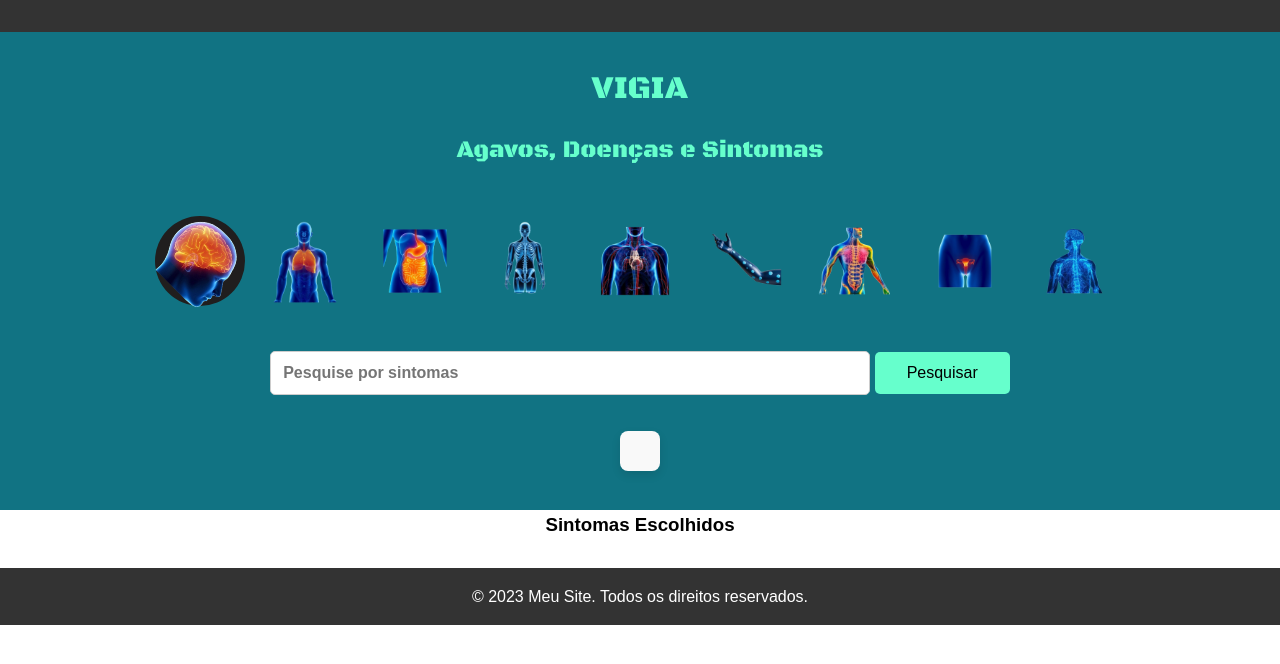
Repository: br-on/vigia
Page: index.html
An editor plug-in stored every save of this project. The page is shown before and after the next save, followed by the edit.
The browser window is 1280 px wide. The pictures show the whole page.
The pointer rests on the first visible `.grupo-sintoma img`.
Some web fonts or font styles are not loaded; a fallback is used.

Above is the page before, as saved 2024-09-15 16:33:50.

### index.html
<!DOCTYPE html>
<html lang="pt-br">
<head>
  <meta charset="UTF-8">
  <meta name="viewport" content="width=device-width, initial-scale=1.0">
  <title>IA VIGILÂNCIA</title>
  <link rel="stylesheet" href="assets/style/style.css">
</head>
<body>
  <nav>
  </nav>
  <header class="search">
    <h1 class="black-ops-one-regular">VIGIA</h1>
    <h2 class="black-ops-one-regular">Agavos, Doenças e Sintomas</h2>
    <div class="grupos-sintomas">
      <div class="grupo-sintoma"><img src="/assets/img/grupos/neurologico.png" alt=""></div>
      <div class="grupo-sintoma"><img src="assets/img/grupos/respiratorio.png" alt=""></div>
      <div class="grupo-sintoma"><img src="assets/img/grupos/digestivo.png" alt=""></div>
      <div class="grupo-sintoma"><img src="assets/img/grupos/musculoesqueletico.png" alt=""></div>
      <div class="grupo-sintoma"><img src="assets/img/grupos/cardiaco.png" alt=""></div>
      <div class="grupo-sintoma"><img src="assets/img/grupos/dermatologico.png" alt=""></div>
      <div class="grupo-sintoma"><img src="assets/img/grupos/infecciosofebril.png" alt=""></div>
      <div class="grupo-sintoma"><img src="assets/img/grupos/ginecologicocongentia.png" alt=""></div>
      <div class="grupo-sintoma"><img src="assets/img/grupos/gerais.png" alt=""></div>
    </div><br>
    <input type="text" placeholder="Pesquise por sintomas" class="electrolize-regular" id="campo-pesquisa">
    <button onclick="pesquisar()">Pesquisar</button>
    <br>
    <div id="resultados-pesquisa" class="resultado-pesquisa-sintomas"></div>
  </header>
  <main>
    <center><h3>Sintomas Escolhidos</h3></center>
    <div id="sintomas-escolhidos">

      <!-- Sintomas escolhidos serão exibidos aqui -->
    </div>
    <div id="resultados-doencas">
      <!-- Resultados das doenças serão exibidos aqui -->
    </div>
  </main>
  <footer>
    <p>&copy; 2023 Meu Site. Todos os direitos reservados.</p>
  </footer>

  <script src="assets/script/sintomas.js"></script>
  <script src="assets/script/data.js"></script>
  <script src="assets/script/app.js"></script>
</body>
</html>

### assets/style/style.css
/* style.css */
@import url('https://fonts.googleapis.com/css2?family=Black+Ops+One&display=swap');
@import url('https://fonts.googleapis.com/css2?family=Electrolize&display=swap');

.black-ops-one-regular {
  font-family: "Black Ops One", system-ui;
  font-weight: 400;
  font-style: normal;
}

.electrolize-regular {
  font-family: "Electrolize", sans-serif;
  font-weight: 600;
  font-style: normal;
}

/* Estilos globais */
* {
    margin: 0;
    padding: 0;
    box-sizing: border-box;
}

html, body {
    height: 100%;
    margin: 0;
}

body {
    font-family: Arial, sans-serif;
    line-height: 1.6;
    margin: 0;
    padding: 0;

}

header, nav, footer {
    background-color: #333;
    color: #fff;
    text-align: center;
    padding: 1rem;
}

main {
    flex: 1;
}

h1, h2 {
    color: #66ffcc;
    margin-bottom: 1rem;
}

/* Estilo para o formulário de pesquisa */
.search {
    text-align: center;
    padding: 2rem 1rem;
    background-color: #117383;
}

.search input[type="text"] {
    margin-top: 15px;
    width: 600px;
    padding: 0.75rem;
    margin-bottom: 1rem;
    border: 1px solid #ccc;
    border-radius: 5px;
    font-size: 1rem;
}

.search button {
    padding: 0.75rem 2rem;
    background-color: #66ffcc;
    color: #000;
    border: none;
    border-radius: 5px;
    cursor: pointer;
    font-size: 1rem;
}

.search button:hover {
    background-color: #29a67c;
    color: rgb(255, 255, 255);
}

/* Estilo para resultados */
.results {
    padding: 2rem;
    background-color: #fff;
    text-align: center;
}

/* Estilo do rodapé */

footer {
    background-color: #333;
    color: white;
    padding: 1rem;
    text-align: center;
    position: relative;
    bottom: 0;
    width: 100%;
}

/* Media Queries para telas menores */
@media (max-width: 768px) {
    .search input[type="text"] {
        width: 100%;
    }

    .search button {
        width: 100%;
        margin-top: 1rem;
    }
}

@media (max-width: 480px) {
    h1 {
        font-size: 2rem;
    }

    h2 {
        font-size: 1.5rem;
    }

    footer {
        font-size: 0.9rem;
    }
}

/* Container principal dos resultados */
#resultados-pesquisa {

    max-height: 80vh; /* Limita a altura para que os resultados não ocupem a tela inteira */
    overflow-y: auto; /* Ativa a barra de rolagem vertical */
    padding: 20px;
    margin-top: 20px;
    border-radius: 8px;
    box-shadow: 0px 4px 10px rgba(0, 0, 0, 0.1); /* Sombra suave */
    background-color: #f9f9f9; /* Fundo claro */
}

/* Estilo dos itens de resultado */
.item-resultado {
    border: 1px solid #e0e0e0; /* Borda leve ao redor do item */
    border-radius: 8px; /* Bordas arredondadas */
    padding: 20px; /* Espaçamento interno */
    margin-bottom: 20px; /* Espaçamento entre os itens */
    background-color: #fff; /* Fundo branco para o item */
    box-shadow: 0px 4px 8px rgba(0, 0, 0, 0.05); /* Sombra leve */
    transition: transform 0.3s ease, box-shadow 0.3s ease; /* Transição suave */
}

/* Efeito hover nos itens */
.item-resultado:hover {
    transform: translateY(-5px); /* Eleva o item ao passar o mouse */
    box-shadow: 0px 6px 12px rgba(0, 0, 0, 0.15); /* Aumenta a sombra ao passar o mouse */
}

/* Título do item */
.item-resultado h2 {
    font-size: 1.8rem;
    margin-bottom: 10px;
    color: #333; /* Cor mais escura para o título */
    font-weight: bold;
}

/* Subtítulos (Descrição, Sintomas, etc.) */
.item-resultado h4 {
    font-size: 1.2rem;
    margin-top: 15px;
    margin-bottom: 8px;
    color: #555; /* Cor intermediária */
}

/* Texto descritivo */
.item-resultado .descricao-meta {
    font-size: 1rem;
    line-height: 1.5; /* Facilita a leitura */
    color: #666; /* Cor do texto */
    margin-bottom: 15px;
}

/* Links */
.item-resultado a {
    font-size: 1rem;
    color: #007bff; /* Cor azul padrão */
    text-decoration: none;
}

.item-resultado a:hover {
    text-decoration: underline; /* Sublinha ao passar o mouse */
}

/* Barra de rolagem estilizada */
#resultados-pesquisa::-webkit-scrollbar {
    width: 8px;
}

#resultados-pesquisa::-webkit-scrollbar-thumb {
    background-color: #888;
    border-radius: 10px;
}

#resultados-pesquisa::-webkit-scrollbar-thumb:hover {
    background-color: #555;
}


/* Adicione isto ao seu arquivo CSS */
#filtros-sintomas {
    width: 90%;
    margin: 0 auto; /* Centraliza a div horizontalmente */
    display: flex;
    flex-wrap: wrap; /* Faz com que os itens quebrem para a linha seguinte */
    gap: 10px; /* Espaço entre os itens */
    box-sizing: border-box;
}

#filtros-sintomas label {
    display: flex;
    align-items: center;
    margin-right: 10px; /* Espaço entre os labels */

}


.sintoma-item {
    padding: 10px;
    margin: 5px 0;
    border-radius: 5px;
    cursor: pointer;
    margin: 2px;
}

.sintoma-item:hover {
    opacity: 0.8;
}

#sintomas-escolhidos {
    display: inline-flex;
    flex-wrap: wrap;
    margin-top: 20px;
}

.sintoma-escolhido {
    background-color: #d4edda; /* Cor de fundo verde clara */
    border: 1px solid #c3e6cb;
    padding: 10px;
    margin: 5px 0;
    border-radius: 5px;
}

.resultado-pesquisa-sintomas {
    display: inline-flex;
    flex-wrap: wrap;
    align-items: center;
    justify-content: center;
}

.grupos-sintomas {
    display: inline-flex;
    flex-wrap: wrap;
    justify-content: center;
    align-items: center;
    min-height: 150px;
}

.grupo-sintoma {
    display: flex;
    justify-content: center;
    align-items: center;
    margin: 5px;
    width: 100px;
    height: 100px;
    border-radius: 50%;
}

.grupo-sintoma:hover {
    height: 90px;
    width: 90px;
    transition: 0.5s;
    cursor: pointer;
    background-color: #201e1e;
}

.grupo-sintoma img {
    width: 90px;
    height: 90px;
}

.grupo-sintoma img:hover {
    height: 130px;
    width: 130px;
    transition: 0.5s;
    cursor: pointer;
    transform: rotate(45deg);
}

### assets/script/app.js
document.addEventListener('DOMContentLoaded', function() {
    // Carregar sintomas iniciais (se necessário)
});

function pesquisar() {
    let campoPesquisa = document.getElementById("campo-pesquisa").value.toLowerCase();
    let resultadosSintomasDiv = document.getElementById("resultados-pesquisa");
    resultadosSintomasDiv.innerHTML = ""; // Limpar resultados anteriores

    // Filtra sintomas que correspondem ao texto digitado
    let sintomasEncontrados = dataSintomas.filter(sintoma =>
        sintoma.titulo_sintoma.toLowerCase().includes(campoPesquisa) ||
        sintoma.grupo_sintoma.toLowerCase().includes(campoPesquisa)
    );

    // Exibir sintomas encontrados
    sintomasEncontrados.forEach(sintoma => {
        let divSintoma = document.createElement('div');
        divSintoma.className = 'sintoma-item';
        divSintoma.style.backgroundColor = getRandomColor(); // Função para cor de fundo aleatória
        divSintoma.textContent = sintoma.titulo_sintoma;
        divSintoma.addEventListener('click', () => adicionarSintomaEscolhido(sintoma));
        resultadosSintomasDiv.appendChild(divSintoma);
    });
}

function adicionarSintomaEscolhido(sintoma) {
    let sintomasEscolhidosDiv = document.getElementById("sintomas-escolhidos");
    let divEscolhido = document.createElement('div');
    divEscolhido.className = 'sintoma-escolhido';
    divEscolhido.textContent = sintoma.titulo_sintoma;
    sintomasEscolhidosDiv.appendChild(divEscolhido);

    // Remover o sintoma da lista de sintomas encontrados
    let sintomaItems = document.querySelectorAll('#resultados-pesquisa .sintoma-item');
    sintomaItems.forEach(item => {
        if (item.textContent === sintoma.titulo_sintoma) {
            item.remove();
        }
    });

    // Opcional: Se quiser mostrar as doenças relacionadas, chame uma função aqui
    mostrarDoencasRelacionadas();
}

function mostrarDoencasRelacionadas() {
    let sintomasEscolhidosDiv = document.getElementById("sintomas-escolhidos");
    let sintomasEscolhidos = Array.from(sintomasEscolhidosDiv.children).map(div => div.textContent);

    let resultadosDoencasDiv = document.getElementById("resultados-doencas");
    resultadosDoencasDiv.innerHTML = ""; // Limpar resultados anteriores

    dataDoencas.forEach(doenca => {
        let sintomasDoenca = doenca.sintomas.toLowerCase().split(',').map(s => s.trim());
        let correspondeSintomas = sintomasEscolhidos.every(s => sintomasDoenca.includes(s.toLowerCase()));

        if (correspondeSintomas) {
            resultadosDoencasDiv.innerHTML += `
                <div class="item-resultado">
                    <h2 class="black-ops-one-regular">${doenca.titulo}</h2>
                    <h4 class="electrolize-regular">Descrição</h4>
                    <p class="descricao-meta">${doenca.descricao}</p>
                    <h4 class="electrolize-regular">Sintomas</h4>
                    <p class="descricao-meta">${doenca.sintomas}</p>
                    <h4 class="electrolize-regular">Prevenção</h4>
                    <p class="descricao-meta">${doenca.prevencao}</p>
                    <h4 class="electrolize-regular">Tratamento</h4>
                    <p class="descricao-meta">${doenca.tratamento}</p>
                    <a href="${doenca.link}" target="_blank">${doenca.link}</a>
                </div>
            `;
        }
    });
}

// Função para gerar cor aleatória
function getRandomColor() {
    const letters = '0123456789ABCDEF';
    let color = '#';
    for (let i = 0; i < 6; i++) {
        color += letters[Math.floor(Math.random() * 16)];
    }
    return color;
}

Loaded but not shown: assets/script/data.js (373 lines, source omitted); assets/script/sintomas.js (470 lines, source omitted)

After the next save:
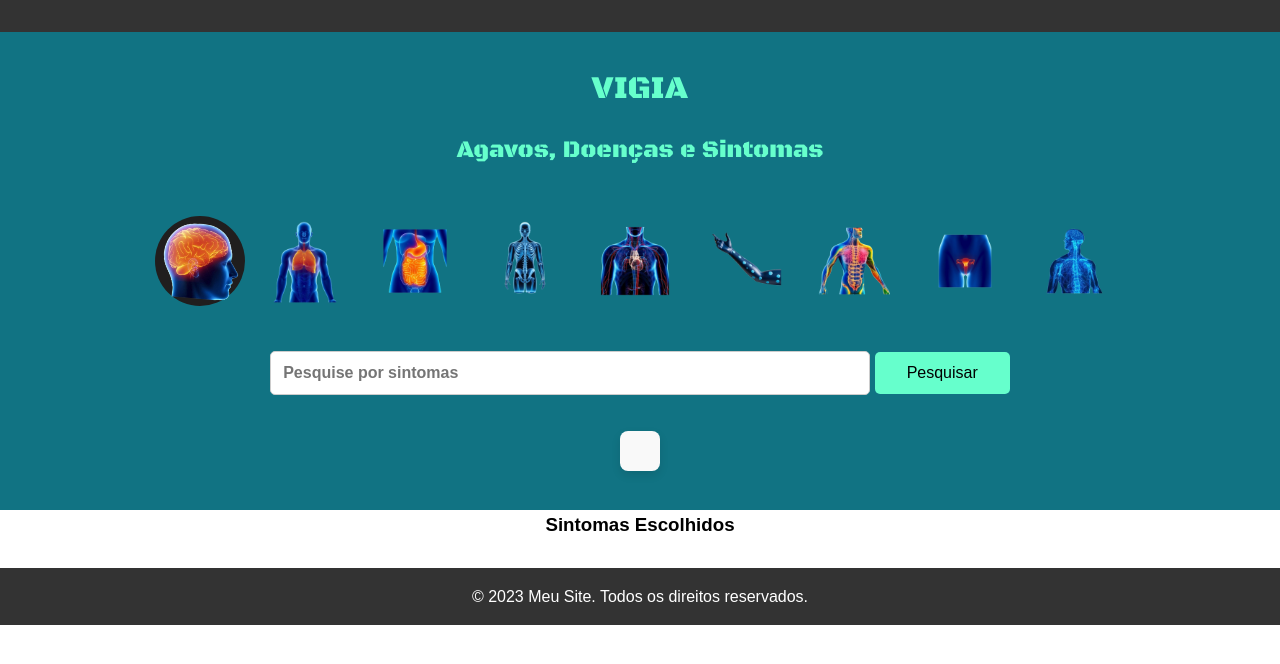
Saved 14 s later.
--- a/assets/style/style.css
+++ b/assets/style/style.css
@@ -293,5 +293,5 @@ footer {
     width: 130px;
     transition: 0.5s;
     cursor: pointer;
-    transform: rotate(45deg);
-}
+    transform: rotate(5deg);
+}
